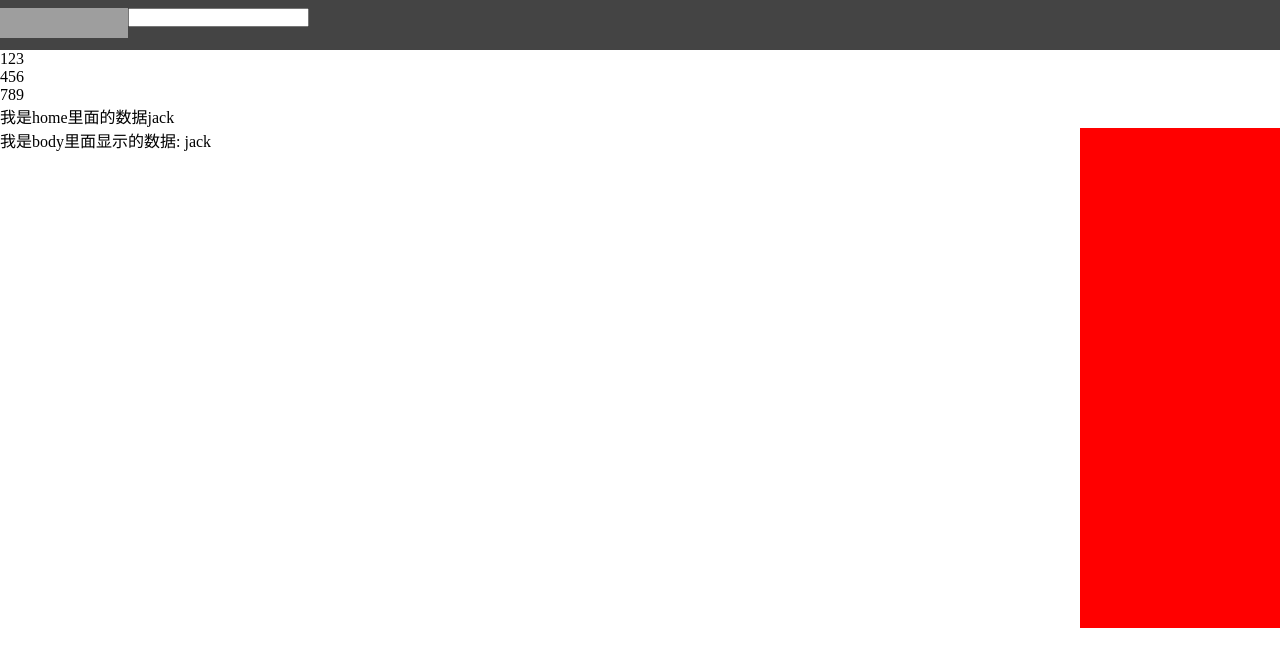
Repository: jinggegeZ/cnode
Page: /home
An editor plug-in stored every save of this project. The page is shown before and after the next save, followed by the edit.
The browser window is 1280 px wide. The pictures show the whole page.
Pictures or frames that could not be fetched are drawn as grey boxes. The project was rebuilt for these pictures with package versions that can differ from the ones it lists, and the page was loaded fresh each time. Also part of the build but not shown: src/components/body/Body.vue.

Above is the page before, as saved 2020-06-05 09:44:32.

After the next save:
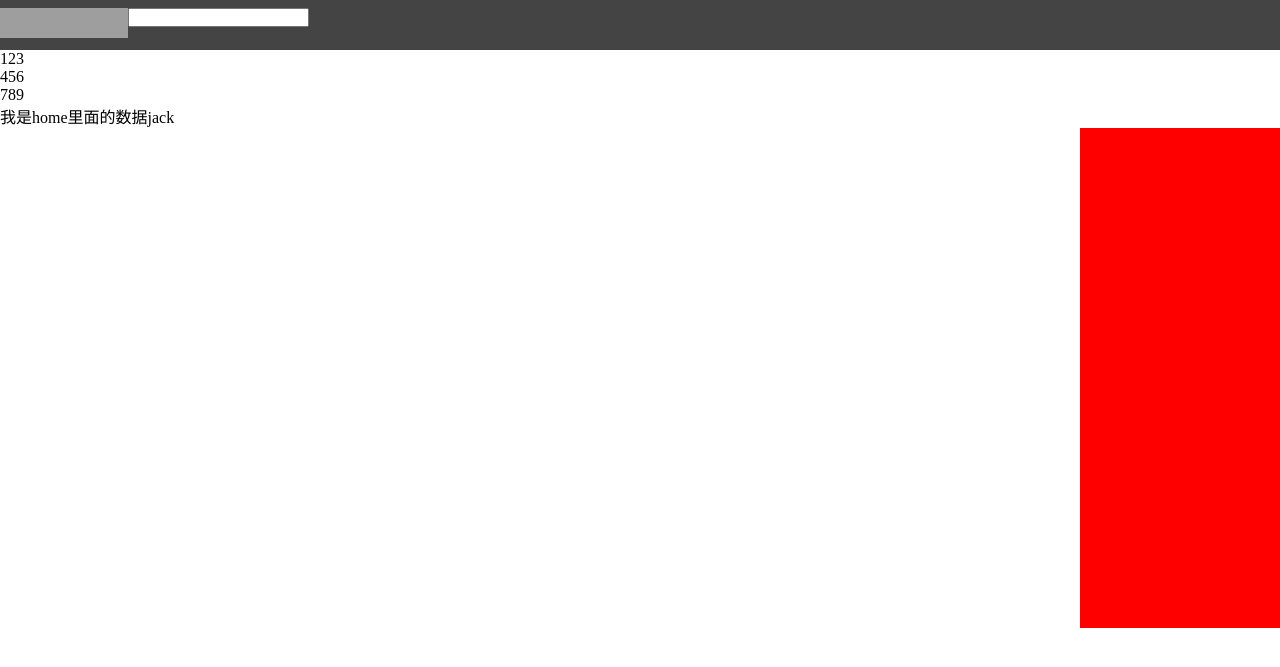
Saved 85 s later.
--- a/src/views/layout1/layout.vue
+++ b/src/views/layout1/layout.vue
@@ -13,11 +13,7 @@
             <div class="right">
                 <right></right>
             </div>
-            <div>
-                <Body>
-                    <div> 我是body里面显示的数据: {{name}}</div>
-                </Body>
-            </div>
+
         </div>
     </div>
  </div>
@@ -26,7 +22,6 @@
 <script>
     import top from '../../components/top/top'
     import right from '../../components/right/right'
-    import body from '../../components/body/Body'
  export default {
      name:'layout',
    data () {
